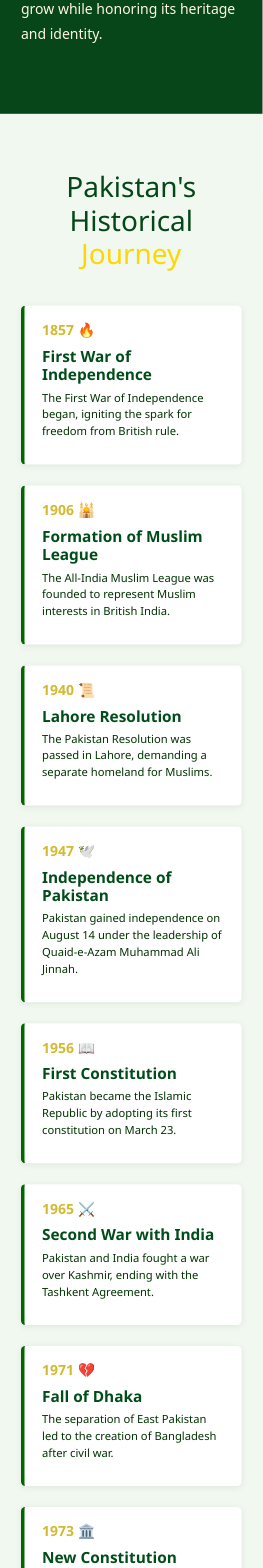
Repository: memonmuhammadali98/Pakistan-Independence-Day
Page: index.html
The author's editor kept a copy of each file at every save. The page is drawn from the files as they stood at one save, then again after the next save.
The browser window is 375 px wide. The pictures show the part of the page from y = 1904 to 4144 px (the page is 7726 px tall before and 7666 px after), at 70% of full size.

Above is the page before, as saved 2025-08-08 17:11:09.
Console error: TypeError: Cannot set properties of null (setting 'innerHTML')

After the next save:
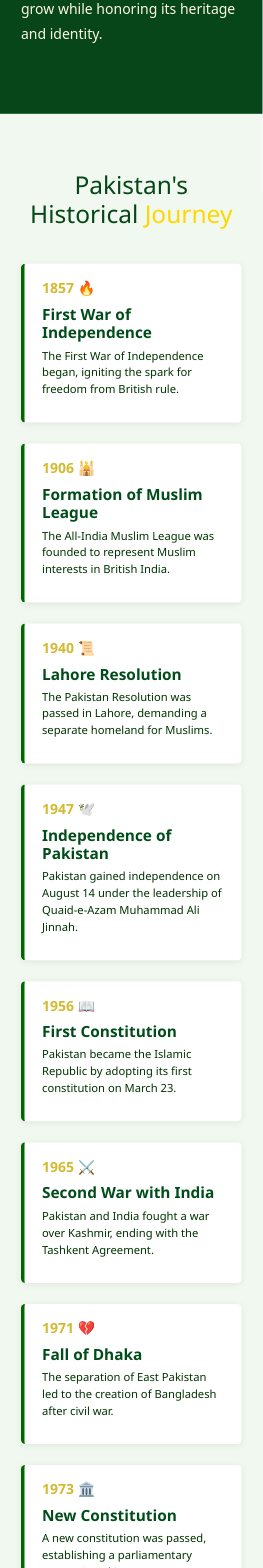
Saved 15 s later.
--- a/style.css
+++ b/style.css
@@ -574,6 +574,6 @@
 
 @media only screen and (max-width: 490px){
   .history-section h2{
-    font-size: 40px;
-  }
-}
+    font-size: 35px;
+  }
+}
